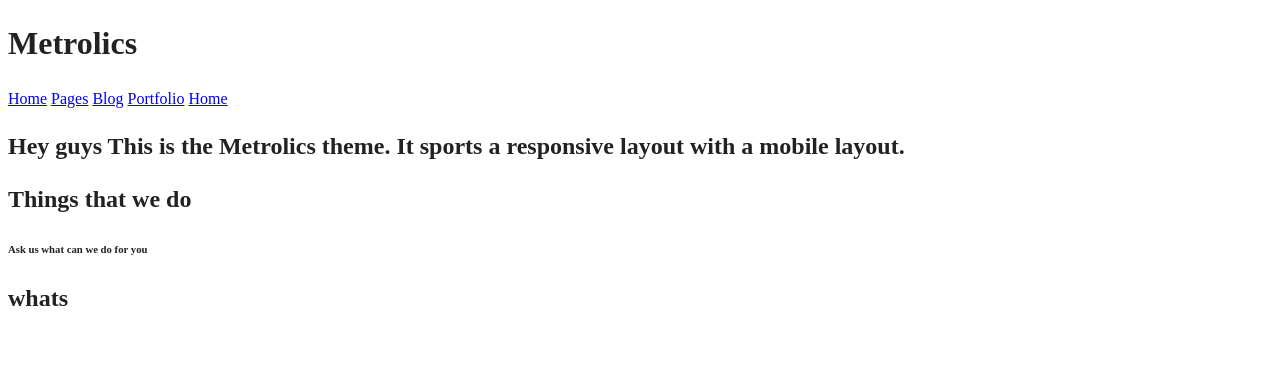
Repository: jgache/LAB-02A
Page: index.html
These files come from the project's save history. The page is drawn as it stood at one moment and after a run of saves; the edit follows.
The browser window is 1280 px wide. The pictures show the whole page.

Above is the page before, as saved 2024-01-22 22:19:18.

### index.html
<!doctype html>
<html class="no-js" lang="">

<head>
  <meta charset="utf-8">
  <meta name="viewport" content="width=device-width, initial-scale=1">
  <title></title>
  <link rel="stylesheet" href="css/style.css">
  <meta name="description" content="">

  <meta property="og:title" content="">
  <meta property="og:type" content="">
  <meta property="og:url" content="">
  <meta property="og:image" content="">

  <link rel="icon" href="/favicon.ico" sizes="any">
  <link rel="icon" href="/icon.svg" type="image/svg+xml">
  <link rel="apple-touch-icon" href="icon.png">

  <link rel="manifest" href="site.webmanifest">
  <meta name="theme-color" content="#fafafa">
</head>

<body>

  <header class="headerContainer">
    <div class="headerContentContainer">
      <div class="metrolics">
        <h1>Metrolics</h1>
      </div>
    </div>
    <div class="pageNav">
      <a href="#" class="navButton">Home</a>
      <a href="#" class="navButton">Pages</a>
      <a href="#" class="navButton">Blog</a>
      <a href="#" class="navButton">Portfolio</a>
      <a href="#" class="navButton">Home</a>
    </div>
  </header>

    <div class="imageHeader">
      <div class="minionPicture">
      </div>
    </div>

    <div class="text">
      <h2> Hey guys This is the Metrolics theme. It sports a responsive layout with a mobile layout.</h2>
    </div>

  <main>
    <div class="sectionOneContainer">
      <div class="row">
        <h2>Things that we do</h2>
        <h6>Ask us what can we do for you</h6>
      </div>

      <div class="row">
        <div class="sectionOneCard"></div>
        <div class="sectionOneCard"></div>
        <div class="sectionOneCard"></div>
        <div class="sectionOneCard"></div>
      </div>
    </div>

    <div class="sectionTwoContainer">
      <div class="row">
        <h2>whats </h2>
      </div>
    </div>





  </main>


</body>

</html>

### css/style.css
/*! HTML5 Boilerplate v9.0.0-RC1 | MIT License | https://html5boilerplate.com/ */

/* main.css 3.0.0 | MIT License | https://github.com/h5bp/main.css#readme */
/*
 * What follows is the result of much research on cross-browser styling.
 * Credit left inline and big thanks to Nicolas Gallagher, Jonathan Neal,
 * Kroc Camen, and the H5BP dev community and team.
 */

/* ==========================================================================
   Base styles: opinionated defaults
   ========================================================================== */

html {
  color: #222;
  font-size: 1em;
  line-height: 1.4;
}

/*
 * Remove text-shadow in selection highlight:
 * https://twitter.com/miketaylr/status/12228805301
 *
 * Customize the background color to match your design.
 */

::-moz-selection {
  background: #b3d4fc;
  text-shadow: none;
}

::selection {
  background: #b3d4fc;
  text-shadow: none;
}

/*
 * A better looking default horizontal rule
 */

hr {
  display: block;
  height: 1px;
  border: 0;
  border-top: 1px solid #ccc;
  margin: 1em 0;
  padding: 0;
}

/*
 * Remove the gap between audio, canvas, iframes,
 * images, videos and the bottom of their containers:
 * https://github.com/h5bp/html5-boilerplate/issues/440
 */

audio,
canvas,
iframe,
img,
svg,
video {
  vertical-align: middle;
}

/*
 * Remove default fieldset styles.
 */

fieldset {
  border: 0;
  margin: 0;
  padding: 0;
}

/*
 * Allow only vertical resizing of textareas.
 */

textarea {
  resize: vertical;
}

/* ==========================================================================
   Author's custom styles
   ========================================================================== */


/* ==========================================================================
   Helper classes
   ========================================================================== */

/*
 * Hide visually and from screen readers
 */

.hidden,
[hidden] {
  display: none !important;
}

/*
 * Hide only visually, but have it available for screen readers:
 * https://snook.ca/archives/html_and_css/hiding-content-for-accessibility
 *
 * 1. For long content, line feeds are not interpreted as spaces and small width
 *    causes content to wrap 1 word per line:
 *    https://medium.com/@jessebeach/beware-smushed-off-screen-accessible-text-5952a4c2cbfe
 */

.visually-hidden {
  border: 0;
  clip: rect(0, 0, 0, 0);
  height: 1px;
  margin: -1px;
  overflow: hidden;
  padding: 0;
  position: absolute;
  white-space: nowrap;
  width: 1px;
  /* 1 */
}

/*
 * Extends the .visually-hidden class to allow the element
 * to be focusable when navigated to via the keyboard:
 * https://www.drupal.org/node/897638
 */

.visually-hidden.focusable:active,
.visually-hidden.focusable:focus {
  clip: auto;
  height: auto;
  margin: 0;
  overflow: visible;
  position: static;
  white-space: inherit;
  width: auto;
}

/*
 * Hide visually and from screen readers, but maintain layout
 */

.invisible {
  visibility: hidden;
}

/*
 * Clearfix: contain floats
 *
 * The use of `table` rather than `block` is only necessary if using
 * `::before` to contain the top-margins of child elements.
 */

.clearfix::before,
.clearfix::after {
  content: "";
  display: table;
}

.clearfix::after {
  clear: both;
}

/* ==========================================================================
   EXAMPLE Media Queries for Responsive Design.
   These examples override the primary ('mobile first') styles.
   Modify as content requires.
   ========================================================================== */

@media only screen and (min-width: 35em) {
  /* Style adjustments for viewports that meet the condition */
}

@media print,
  (-webkit-min-device-pixel-ratio: 1.25),
  (min-resolution: 1.25dppx),
  (min-resolution: 120dpi) {
  /* Style adjustments for high resolution devices */
}

/* ==========================================================================
   Print styles.
   Inlined to avoid the additional HTTP request:
   https://www.phpied.com/delay-loading-your-print-css/
   ========================================================================== */

@media print {
  *,
  *::before,
  *::after {
    background: #fff !important;
    color: #000 !important;
    /* Black prints faster */
    box-shadow: none !important;
    text-shadow: none !important;
  }

  a,
  a:visited {
    text-decoration: underline;
  }

  a[href]::after {
    content: " (" attr(href) ")";
  }

  abbr[title]::after {
    content: " (" attr(title) ")";
  }

  /*
   * Don't show links that are fragment identifiers,
   * or use the `javascript:` pseudo protocol
   */
  a[href^="#"]::after,
  a[href^="javascript:"]::after {
    content: "";
  }

  pre {
    white-space: pre-wrap !important;
  }

  pre,
  blockquote {
    border: 1px solid #999;
    page-break-inside: avoid;
  }

  tr,
  img {
    page-break-inside: avoid;
  }

  p,
  h2,
  h3 {
    orphans: 3;
    widows: 3;
  }

  h2,
  h3 {
    page-break-after: avoid;
  }
}

After the next 7 saves:
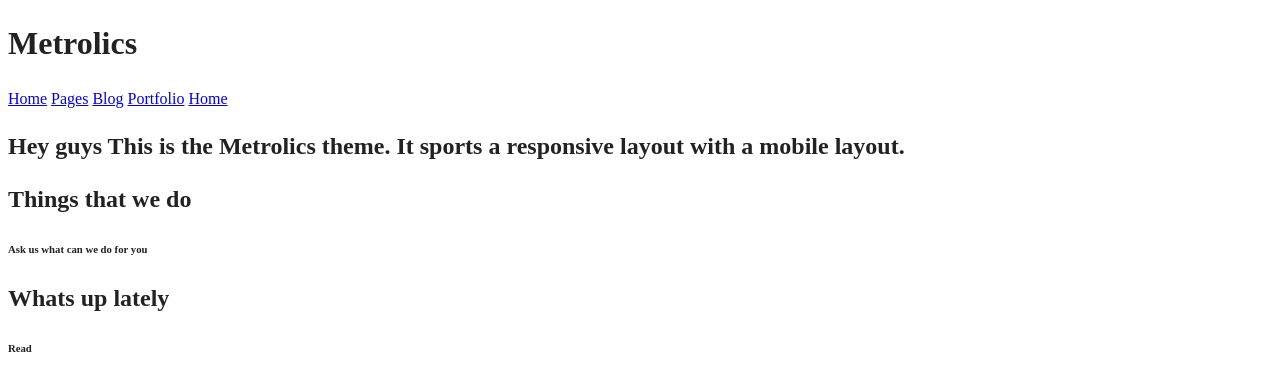
The 7 saves are shown as one change because they came seconds apart.
The last was saved 22 s later.
--- a/index.html
+++ b/index.html
@@ -64,7 +64,8 @@
 
     <div class="sectionTwoContainer">
       <div class="row">
-        <h2>whats </h2>
+        <h2>Whats up lately</h2>
+        <h6>Read </h6>
       </div>
     </div>
 
